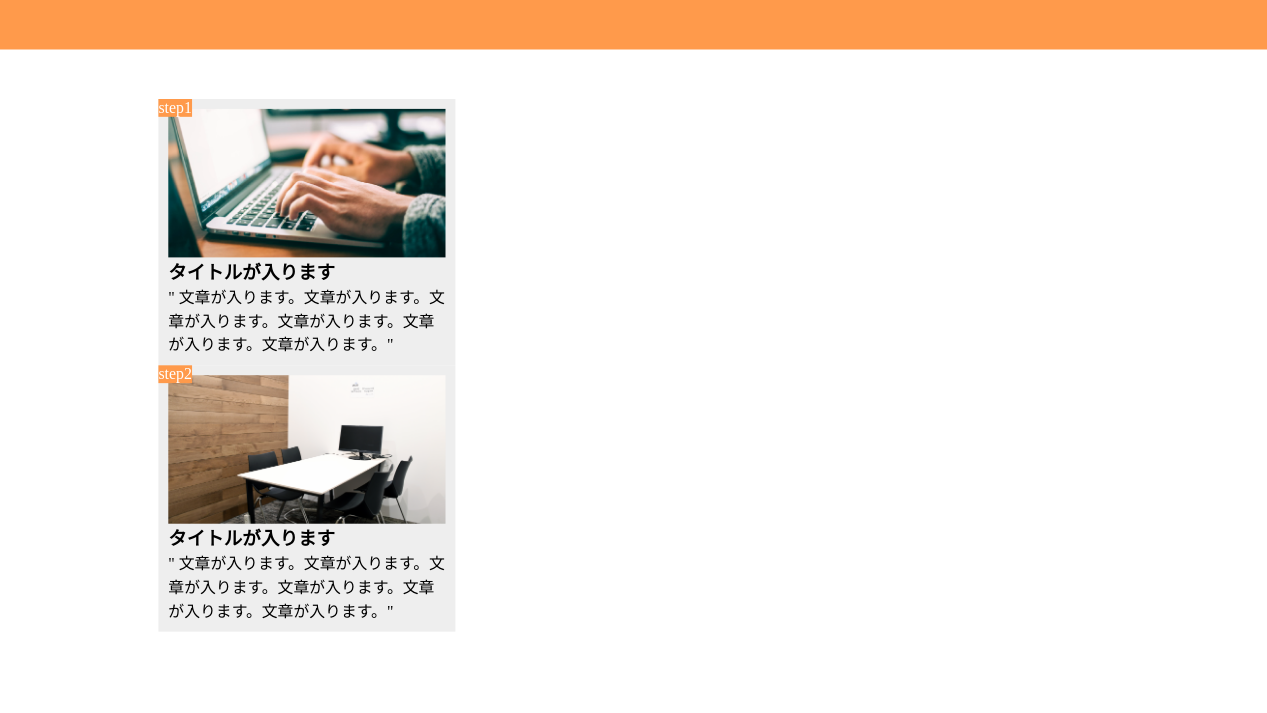
Repository: ayakodesu/html-practice
Page: chapter9/chapter9.html
The author's editor kept a record of every edit. The page is drawn from the files as they stood at one moment, then again after the next edit.
The browser window is 1280 px wide. The pictures show the whole page, at 99% of full size.

Above is the page before.

After the next edit:
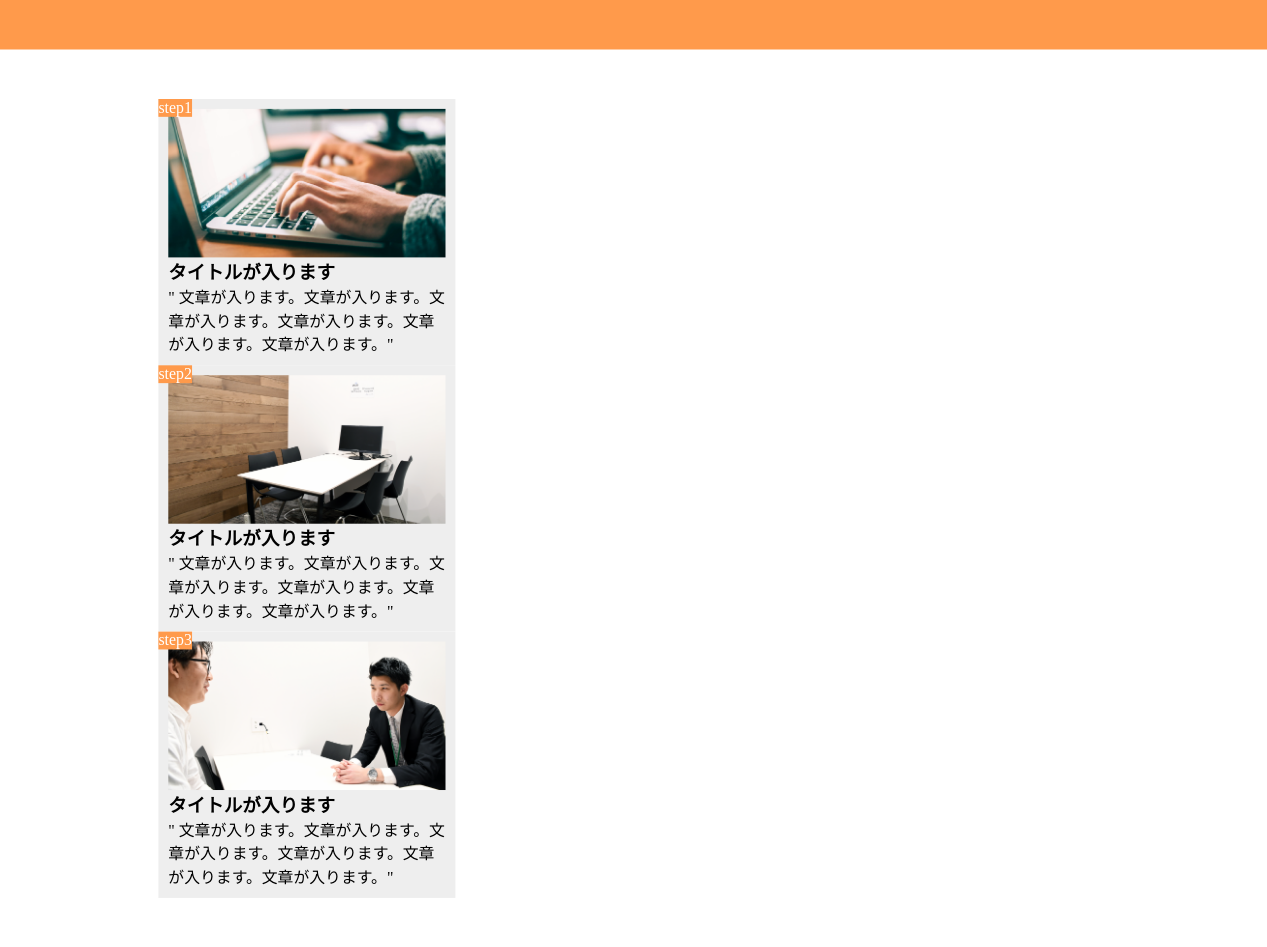
The edit:
--- a/chapter9/chapter9.html
+++ b/chapter9/chapter9.html
@@ -29,4 +29,14 @@
 
       </p>
     </div>
+
+    <div class="step-box">
+      <div class="step-img3"></div>
+      <span class="step-num">step3</span>
+      <h3 class="title">タイトルが入ります</h3>
+      <p class="text">
+        " 文章が入ります。文章が入ります。文章が入ります。文章が入ります。文章が入ります。文章が入ります。"
+
+      </p>
+    </div>
   </main>
